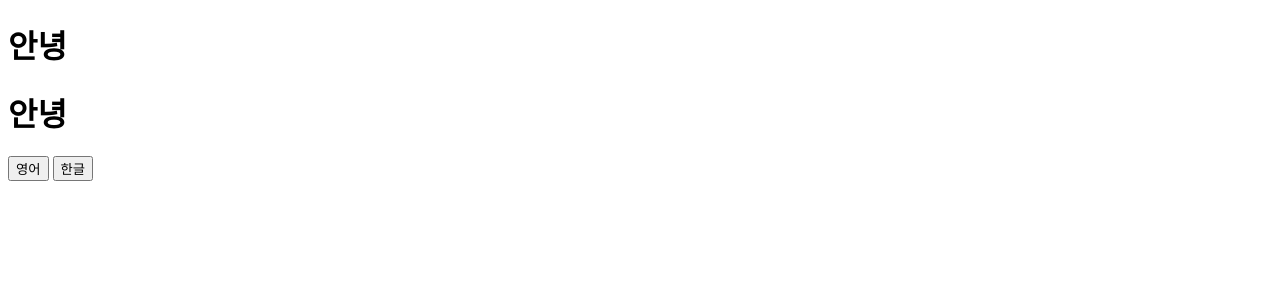
Repository: Sookyeong0505/web_server_workspace
Page: http://localhost/hello-web/jsp/condition.jsp
The author's editor kept a copy of each file at every save. The page is drawn from the files as they stood at one save, then again after the next save.
The browser window is 1280 px wide. The pictures show the whole page.
The page is served by Tomcat 9. Other server files are loaded and not shown.

Above is the page before, as saved 2023-06-20 06:16:20.

### hello-web/src/main/webapp/jsp/condition.jsp
<%@ page language="java" contentType="text/html; charset=UTF-8"
    pageEncoding="UTF-8"%>
<%
	String mode = request.getParameter("mode");
	System.out.println("mode = " + mode);
%>
<!DOCTYPE html>
<html>
<head>
<meta charset="UTF-8">
<title>분기처리</title>
</head>
<body>
<%
	// 응답 출력스트림 객체
	// PrintWriter out = response.getWriter();
	// out : 내장객체
	if("en".equals(mode)){
		// 영어모드
		out.println("<h1>Hello</h1>");

	} else {
		// 한글모드 (기본값)
		out.println("<h1>안녕</h1>");
	}
%>


<%
	if("en".equals(mode)){
%>
	<h1>Hello</h1>
<%
	} else {
%>
	<h1>안녕</h1>
<%
	}
%>

	<div>
		<button onclick="location.href='/web/jsp/condition.jsp?mode=en';">영어</button>
		<button onclick="location.href='/web/jsp/condition.jsp?mode=ko';">한글</button>
	</div>
</body>
</html>

After the next save:
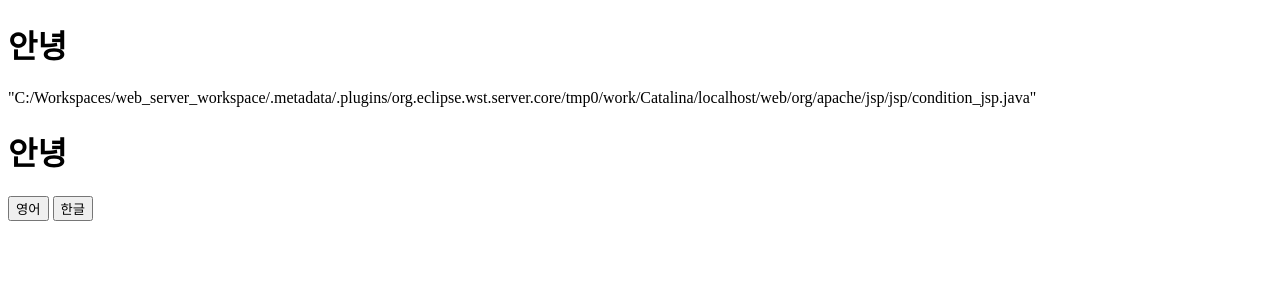
Saved 15 min 51 s later.
--- a/hello-web/src/main/webapp/jsp/condition.jsp
+++ b/hello-web/src/main/webapp/jsp/condition.jsp
@@ -24,7 +24,7 @@
 		out.println("<h1>안녕</h1>");
 	}
 %>
-
+"C:/Workspaces/web_server_workspace/.metadata/.plugins/org.eclipse.wst.server.core/tmp0/work/Catalina/localhost/web/org/apache/jsp/jsp/condition_jsp.java"
 
 <%
 	if("en".equals(mode)){

After the 2 saves that followed:
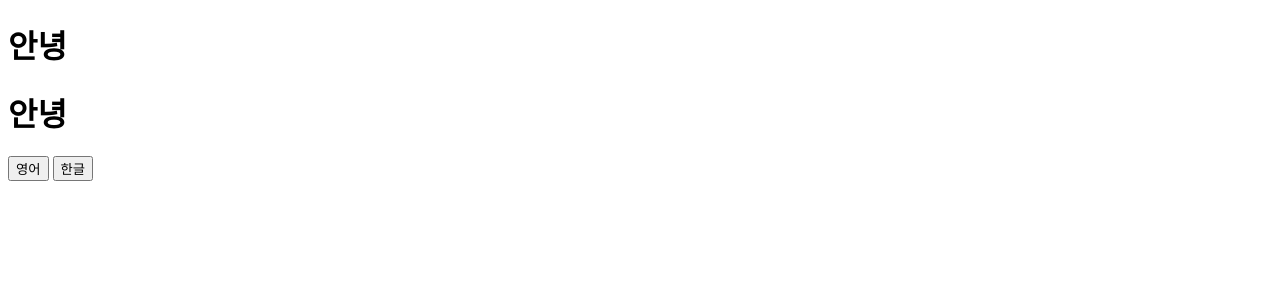
The 2 saves are shown as one change because 1 left the picture as it was.
The last was saved 112 s later.
--- a/hello-web/src/main/webapp/jsp/condition.jsp
+++ b/hello-web/src/main/webapp/jsp/condition.jsp
@@ -11,6 +11,8 @@
 <title>분기처리</title>
 </head>
 <body>
+<!-- html 주석은 servlet으로 변환되어 client까지 전달된다. -->
+<%-- jsp 주석은 servlet으로 변환되지 않는다. --%>
 <%
 	// 응답 출력스트림 객체
 	// PrintWriter out = response.getWriter();
@@ -24,7 +26,6 @@
 		out.println("<h1>안녕</h1>");
 	}
 %>
-"C:/Workspaces/web_server_workspace/.metadata/.plugins/org.eclipse.wst.server.core/tmp0/work/Catalina/localhost/web/org/apache/jsp/jsp/condition_jsp.java"
 
 <%
 	if("en".equals(mode)){
